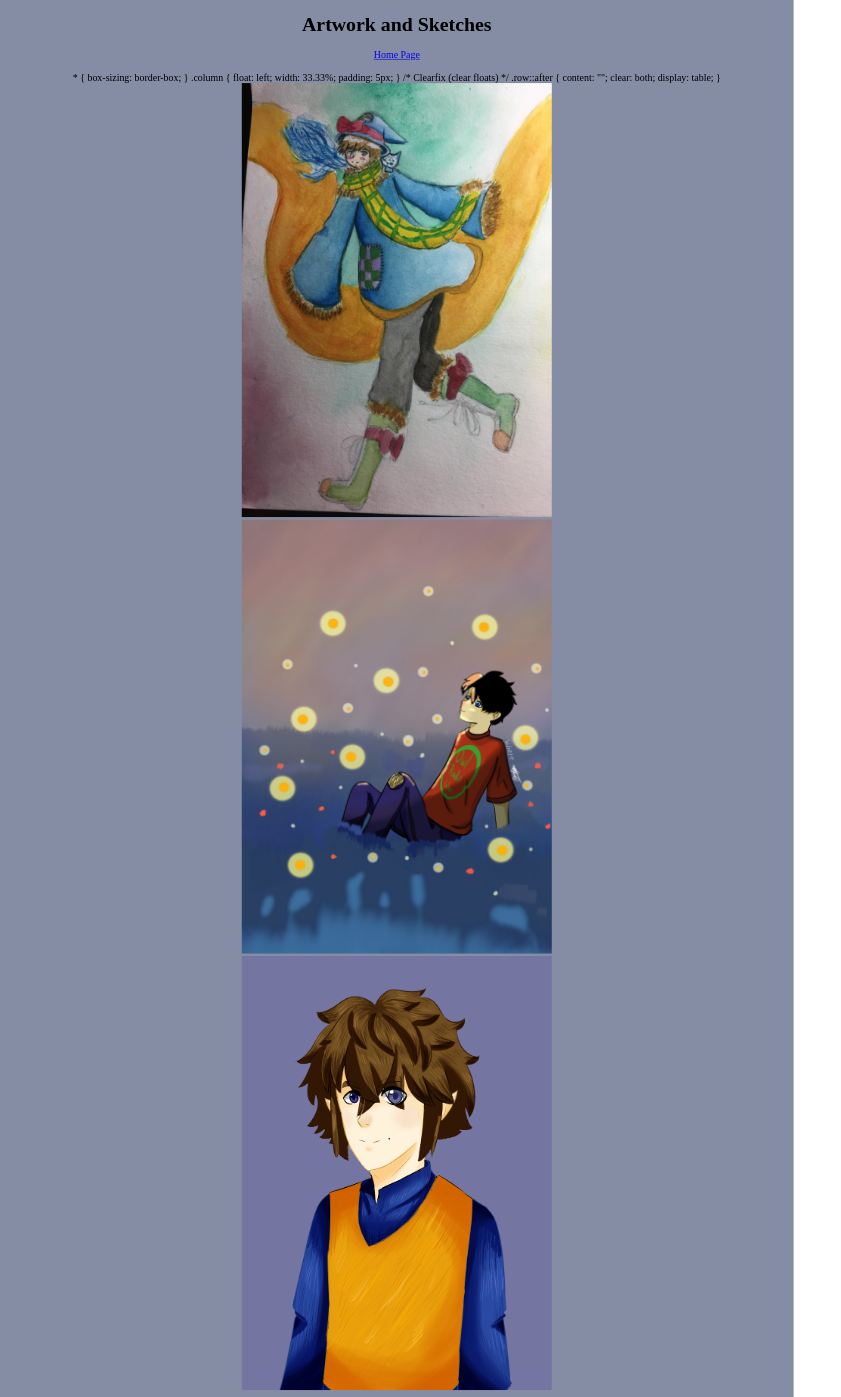
Repository: MaiJun21/MaiJun21.github.io
Page: drawings and artwork.html
The author's editor kept a record of every edit. The page is drawn from the files as they stood at one moment, then again after the next edit.
The browser window is 1280 px wide. The page is 1280 px wide, then 1356 px, so the pictures cover 1356 px, including what lies to the right of the window. The pictures show the whole page, at 62% of full size.

Above is the page before.

### drawings and artwork.html
<!DOCTYPE html>
<html>
     <style>
    body{
        background-image: url('images/bg.png');
    }
    </style>
<head>
<title>Page Title</title>
</head>

<center>
<body>

<h1 style="text-align:center;">Artwork and Sketches</h1>
<a href="index.html">Home Page</a>
<br>
<br>

* {
  box-sizing: border-box;
}

.column {
  float: left;
  width: 33.33%;
  padding: 5px;
}

/* Clearfix (clear floats) */
.row::after {
  content: "";
  clear: both;
  display: table;
}
</style>
</head>
<body>

<div class="row">
  <div class="column">
    <img src="images/scarecrow_as_wizard.jpg" alt="Drawing of Scarecrow from Wizard of Oz as an rpg magic class" width="500" height="700">
  </div>
  <div class="column">
    <img img src="images/fairy_lights.png" alt="Fairy Lights" width="500" height="700">

  </div>
  <div class="column">
    <img img src="images/ladon_sprite.png" alt="Ladon" width="500" height="700">

  </div>
</div>






</body>
</center>
</html>

After the next edit:
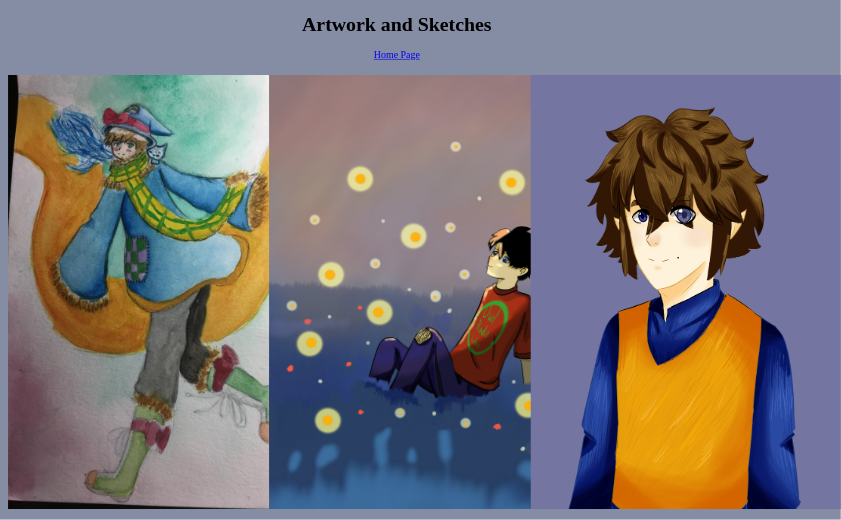
The edit:
--- a/drawings and artwork.html
+++ b/drawings and artwork.html
@@ -17,6 +17,7 @@
 <br>
 <br>
 
+<style>
 * {
   box-sizing: border-box;
 }
